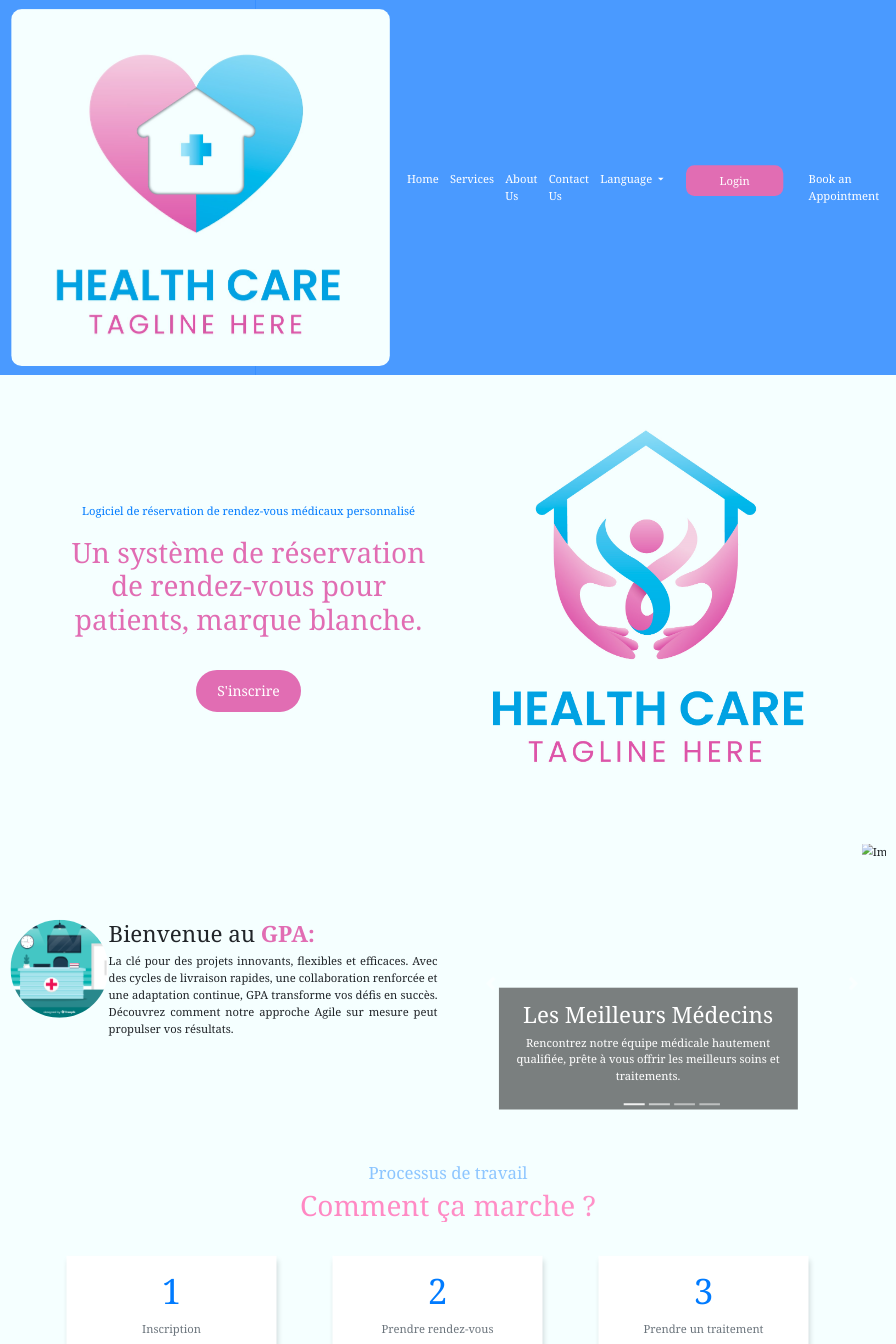
Repository: SalmaElhaou/Scrum-Project
Page: http://localhost/
An editor plug-in stored every save of this project. The page is shown before and after a run of saves, followed by the edit.
The browser window is 1280 px wide. The pictures show the part of the page from y = 0 to 1920 px (the page is 3618 px tall before and 3188 px after), at 70% of full size.
Some web libraries are served in a nearby version. The page is served by the project's Laravel application, run on PHP 8.4 with Laravel 10.

Above is the page before, as saved 2025-02-01 21:51:38.

After the next 2 saves:
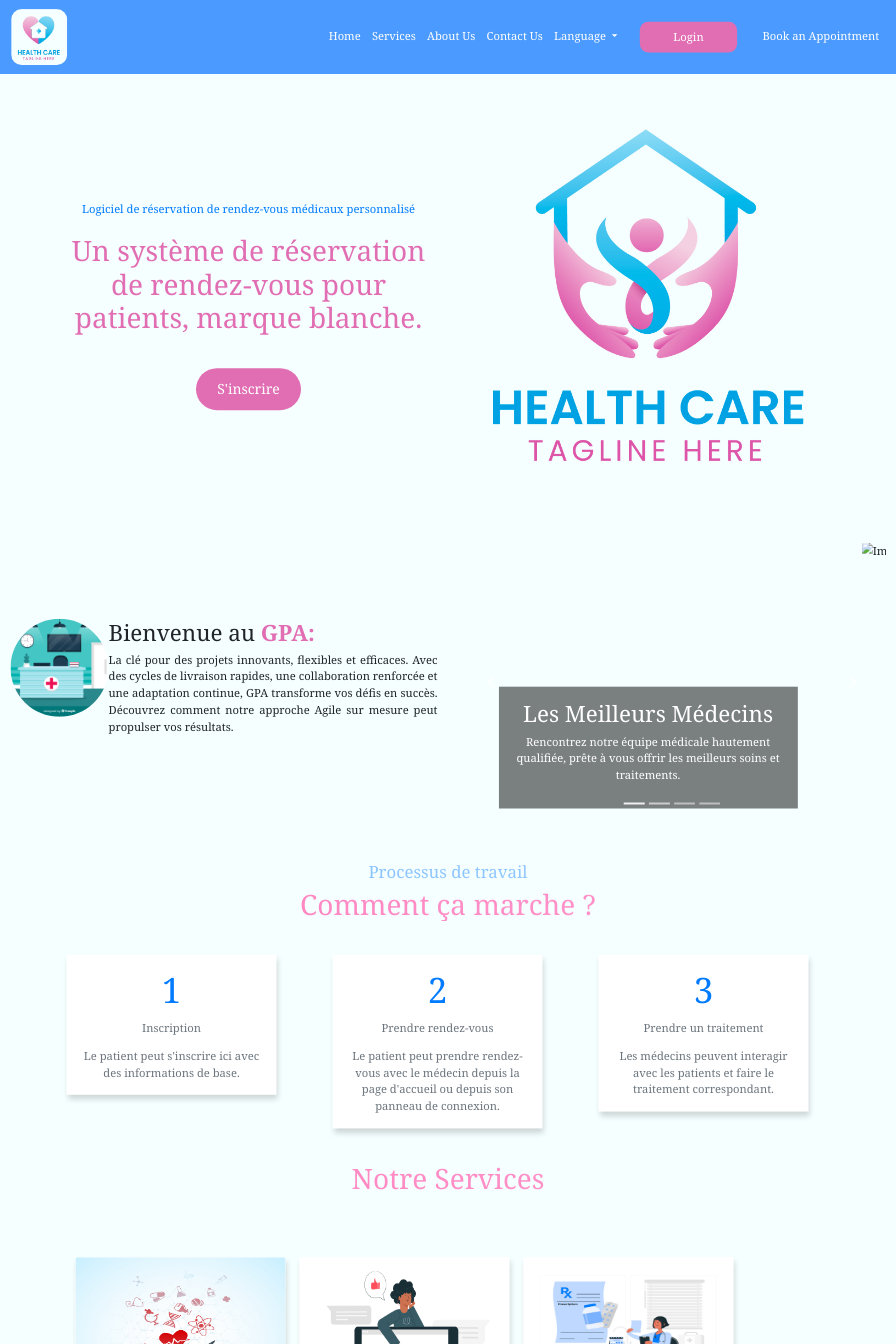
The 2 saves are shown as one change because they came seconds apart.
The last was saved 9 s later.
--- a/resources/views/welcome.blade.php
+++ b/resources/views/welcome.blade.php
@@ -290,8 +290,7 @@
   <!-- Navbar -->
   <nav class="navbar navbar-expand-lg navbar-light sticky-top " style="background-color: rgba(56, 143, 255, 0.9);">
     <a class="navbar-brand" href="#">
-      <img src="{{ asset('img/healthcare.jpg') }}" alt="Description de l'image" class="img-fluid">
-      <img src="" ">
+      <img src="{{ asset('img/healthcare.jpg') }}" width="80" height="80" class="d-inline-block align-top" alt="Votre Logo">
     </a>
     <button class="navbar-toggler" type="button" data-toggle="collapse" data-target="#navbarNav" aria-controls="navbarNav" aria-expanded="false" aria-label="Toggle navigation">
       <span class="navbar-toggler-icon"></span>
